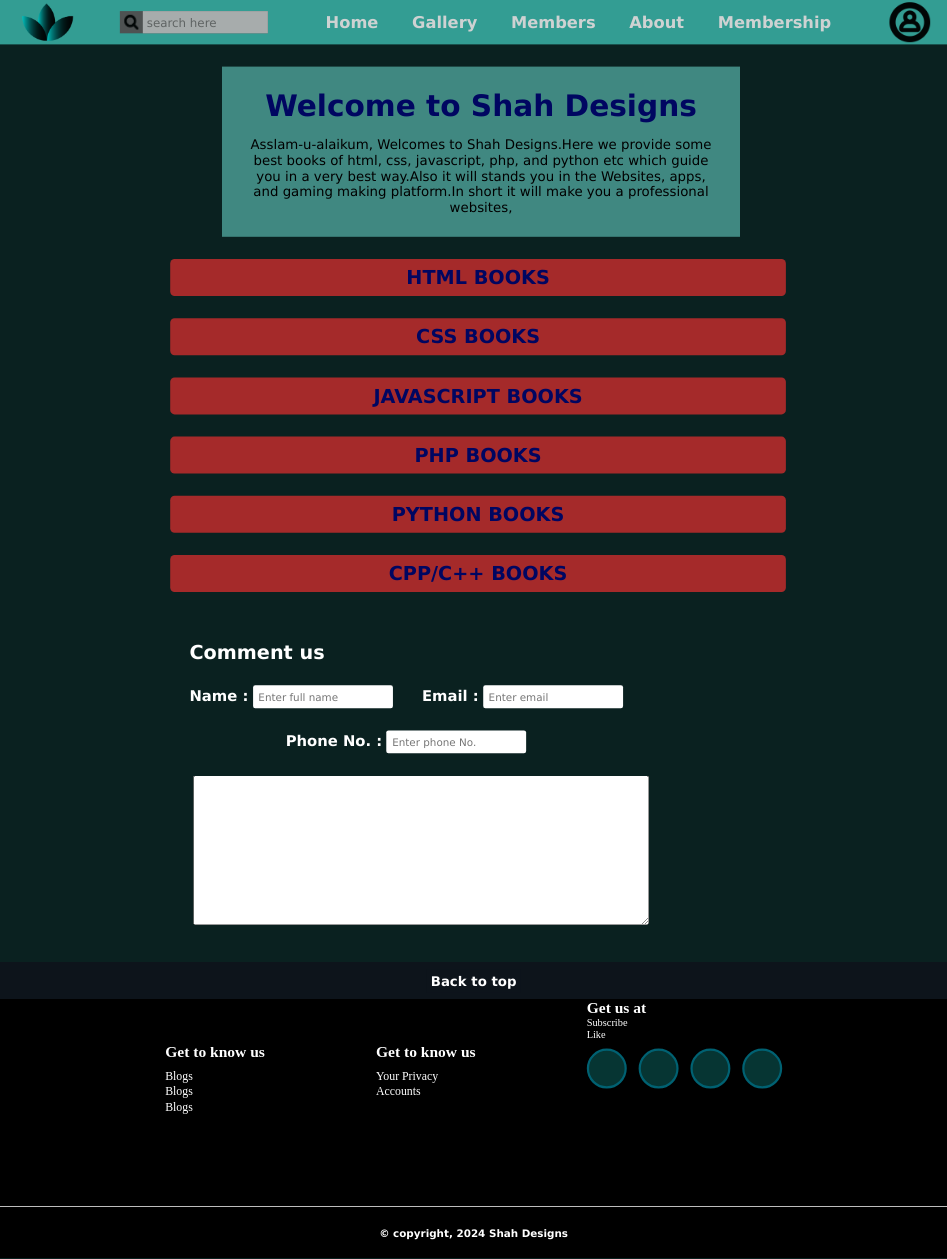
Repository: RawahaMR11/my_assignments
Page: rawaha computer/Shah Designs web/Shah home page.html
An editor plug-in stored every save of this project. The page is shown before and after the next save, followed by the edit.
The browser window is 1280 px wide. The pictures show the whole page, at 74% of full size.

Above is the page before, as saved 2024-12-13 11:16:57.

### rawaha computer/Shah Designs web/Shah home page.html
<!DOCTYPE html>
<html lang="en">
<head>
      <meta charset="UTF-8">
      <meta name="viewport" content="width=device-width, initial-scale=1.0">
      <title>Shah Designs</title>
      <link rel="stylesheet" href="Shah home page.css">
</head>
<body>
<div class="my-display">
      <header>
            <div class="logo">
                  <img src="logo.png" alt="Shah Designs logo">
            </div><!--end logo-->
            <div class="search">
                  <img src="search.png" alt="Search-icon">
                  <input type="text" placeholder="search here">
            </div><!--end search-->
            <div class="home">
                  <a href="Shah home page.html">Home</a>
            </div><!--end home-->
            <div class="gallery">
                  <a href="#">Gallery</a>
            </div><!--end gallery-->
            <div class="members">
                  <a href="#">Members</a>
            </div><!--end members -->
            <div class="about">
                  <a href="#">About</a>
            </div><!--end about-->
            <div class="membership">
                  <a href="#">Membership</a>
            </div>
            <div class="login">
                  <img src="sign in.png" alt="Login">
            </div><!--end login-->
      </header>


      <div class="wrapper">
            <div id="welcome">
                  <h1>Welcome to Shah Designs</h1><br>
                  <p>Asslam-u-alaikum, Welcomes to Shah Designs.Here we provide some best books of html, css, javascript, php, and python etc which guide you in a very best way.Also it will stands you in the Websites, apps, and gaming making platform.In short it will make you a professional websites, </p>
            </div><!--end welcome-->
      </div><!--end wrapper-->


      <div class="html-books">
            <p>HTML BOOKS</p>
      </div>
      <div class="css-books">
            <p>CSS BOOKS</p>
      </div>
      <div class="javascript-books">
            <p>JAVASCRIPT BOOKS</p>
      </div>
      <div class="php-books">
            <p>PHP BOOKS</p>
      </div>
      <div class="python-books">
            <p>PYTHON BOOKS</p>
      </div>
      <div class="Cpp-books">
            <p>CPP/C++ BOOKS</p>
      </div>



      <div class="datail">

      </div>



      <div class="comment">
            <h2>Comment us</h2>
            <label for="name">Name :</label><input type="text" placeholder="Enter full name">
            <label for="name" id="email-label">Email :</label><input type="email" placeholder="Enter email">
            <label for="name" id="phone-label">Phone No. :</label><input type="text" placeholder="Enter phone No.">
            <textarea name="comment" id="comment"></textarea>
      </div>


      <div class="bach-to-top">
            <button>Back to top</button>
      </div>



      <footer>
            <div class="foot-panel1">
                  <div id="panel1">
                        <h2>Get to know us</h2>
                        <p>Blogs</p>
                        <p>Blogs</p>
                        <p>Blogs</p>
                  </div>
                  <div id="panel2">
                        <h2>Get to know us</h2>
                        <p>Your Privacy</p>
                        <p>Accounts</p>
                  </div>
                  <div id="panel3">
                        <h2>Get us at</h2>
                        <p>Subscribe</p>
                        <p>Like</p>
                        <div class="relation">
                              <div id="insta">

                              </div>
                              <div id="facebook">

                              </div>
                              <div id="tiktok">

                              </div>
                              <div id="twitter">
                              </div>
                        </div>
                  </div>
            </div>

            <div class="foot-panel2">
                  &COPY; copyright, 2024 Shah Designs
            </div>
      </footer>
</div>
</body>
</html>

### rawaha computer/Shah Designs web/Shah home page.css
* {
      margin: 0;
      padding: 0;
}
body {
      display: block;
      font-size: 14px;
      background-color: rgb(10, 33, 32);
}
.my-display {
      width: 80%;
      margin: 0 auto;
      height: 100%;
      width: 100%;
}
/* css for opening my page on tablets (screens with width <=768px) */
@media screen and (max-width: 768px) {
      body {
            font-size: 16px;
      }
      .my-display {
            width: 100%;
      }
}
/* css for opening my page on laptops,pcs etc (screens with width <=1080px) */
@media screen and (max-width: 1080px) {
      body {
            font-size: 14px;
      }
      .my-display {
            width: 100%;
      }
}
/* css for opening my page on phones (screens with width <=480px) */
@media screen and (max-width: 480px) {
      body {
            font-size: 10px;
      }
      .my-display {
            width: 100%;
      }
}
header {
      width: 100%;
      height: 60px;
      display: flex;
      align-items: center;
      background-color: rgb(62, 188, 176);
      opacity: 80%;
      gap: 31.5px;
}
.logo {
      height: 83%;
      width: 70px;
      margin: 0 30px 0;
}
.logo img {
      height: 100%;
      width: 100%;
}
.search {
      width: 200px;
      height: 30px;
      background-color: rgb(95, 95, 95);
      display: flex;
      align-items: center;
      justify-content: space-evenly;
}
.search img {
      width: 10%;
      height: 65%;
      padding: 6px;
}
.search input {
      width: 90%;
      padding: 5.34px;
      border: none;
      outline: none;
      background-color: rgb(207, 207, 207);
      font-family: Verdana, Geneva, Tahoma, sans-serif;
      font-size: 16px;
}
.home {
      font-family: Verdana, Geneva, Tahoma, sans-serif;
      font-size: 22px;
      margin-left: 40px;
      padding: 7px;
}
.home:hover {
      background-color: rgb(161, 161, 161);
}
.home a {
      text-decoration: none;
      font-weight: 700;
      color: white;
}
.gallery {
      font-family: Verdana, Geneva, Tahoma, sans-serif;
      font-size: 22px;
      padding: 7px;
}
.gallery:hover {
      background-color: rgb(161, 161, 161);
}
.gallery a {
      text-decoration: none;
      font-weight: 700;
      color: white;
}
.members {
      font-family: Verdana, Geneva, Tahoma, sans-serif;
      font-size: 22px;
      padding: 7px;
}
.members:hover {
      background-color: rgb(161, 161, 161);
}
.members a {
      text-decoration: none;
      font-weight: 700;
      color: white;
}
.about {
      font-family: Verdana, Geneva, Tahoma, sans-serif;
      font-size: 22px;
      padding: 7px;
}
.about:hover {
      background-color: rgb(161, 161, 161);
}
.about a {
      text-decoration: none;
      font-weight: 700;
      color: white;
}
.membership {
      font-family: Verdana, Geneva, Tahoma, sans-serif;
      font-size: 22px;
      padding: 7px;
}
.membership:hover {
      background-color: rgb(161, 161, 161);
}
.membership a {
      text-decoration: none;
      font-weight: 700;
      color: white;
}
.login {
      height: 90%;
      width: 55px;
      float: right;
      margin-left: 40px;
}
.login img {
      height: 100%;
      width: 100%;
      cursor: pointer;
}
.wrapper {
      width: 50%;
      height: auto;
      display: flex;
      align-items: center;
      justify-content: center;
      margin-top: 30px;
      background-color: rgb(64, 136, 129);
      padding: 30px;
      margin-left: 300px;
}
#welcome {
      width: 100%;
      font-family: Verdana, Geneva, Tahoma, sans-serif;
      font-size: 16px;
}
#welcome h1 {
      text-align: center;
      color: rgb(0, 6, 97);
      font-size: 40px;
}
#welcome p {
      text-align: center;
      font-size: 18px;
      font-family: Verdana, Geneva, Tahoma, sans-serif;
}
.html-books {
      height: 50px;
      width: 65%;
      background-color: brown;
      margin: 30px 230px 0;
      border-radius: 6px;
      display: flex;
      align-items: center;
      justify-content: center;
      cursor: pointer;
      color: rgb(0, 6, 97);
}
.html-books p {
      font-family: Verdana, Geneva, Tahoma, sans-serif;
      font-size: 26px;
      font-weight: 700;
}
.css-books {
      height: 50px;
      width: 65%;
      background-color: brown;
      margin: 30px 230px 0;
      border-radius: 6px;
      display: flex;
      align-items: center;
      justify-content: center;
      cursor: pointer;
      color: rgb(0, 6, 97);
}
.css-books p {
      font-family: Verdana, Geneva, Tahoma, sans-serif;
      font-size: 26px;
      font-weight: 700;
}
.javascript-books {
      height: 50px;
      width: 65%;
      background-color: brown;
      margin: 30px 230px 0;
      border-radius: 6px;
      display: flex;
      align-items: center;
      justify-content: center;
      cursor: pointer;
      color: rgb(0, 6, 97);
}
.javascript-books p {
      font-family: Verdana, Geneva, Tahoma, sans-serif;
      font-size: 26px;
      font-weight: 700;
}
.php-books {
      height: 50px;
      width: 65%;
      background-color: brown;
      margin: 30px 230px 0;
      border-radius: 6px;
      display: flex;
      align-items: center;
      justify-content: center;
      cursor: pointer;
      color: rgb(0, 6, 97);
}
.php-books p {
      font-family: Verdana, Geneva, Tahoma, sans-serif;
      font-size: 26px;
      font-weight: 700;
}
.python-books {
      height: 50px;
      width: 65%;
      background-color: brown;
      margin: 30px 230px 0;
      border-radius: 6px;
      display: flex;
      align-items: center;
      justify-content: center;
      cursor: pointer;
      color: rgb(0, 6, 97);

}
.python-books p {
      font-family: Verdana, Geneva, Tahoma, sans-serif;
      font-size: 26px;
      font-weight: 700;
}
.Cpp-books {
      height: 50px;
      width: 65%;
      background-color: brown;
      margin: 30px 230px 0;
      border-radius: 6px;
      display: flex;
      align-items: center;
      justify-content: center;
      cursor: pointer;
      color: rgb(0, 6, 97);
}
.Cpp-books p {
      font-family: Verdana, Geneva, Tahoma, sans-serif;
      font-size: 26px;
      font-weight: 700;
}
.comment {
      width: 50%;
      margin: 50px 240px 0;
      padding: 16px;
}
.comment h2 {
      font-family: Verdana, Geneva, Tahoma, sans-serif;
      font-size: 26px;
      font-weight: 700;
      color: white;
}
.comment label {
      margin-top: 30px;
      font-family: Verdana, Geneva, Tahoma, sans-serif;
      font-size: 20px;
      font-weight: 700;
      color: white;
}
.comment input {
      margin: 30px 6px 0;
      font-family: Verdana, Geneva, Tahoma, sans-serif;
      font-size: 14px;
      padding: 7.5px;
      border: none;
      outline: none;
      border-radius: 3px;
}
#email-label {
      margin-left: 30px;
}
#phone-label {
      margin-left: 130px;
}
.comment textarea {
      width: 96%;
      height: 200px;
      margin: 30px 5px 0;
}
.bach-to-top {
      width: 100%;
      height: 50px;
      display: inline-flex;
      align-items: center;
      justify-content: center;
      margin-top: 30px;
      background-color: rgb(13, 20, 27);
}
.bach-to-top button {
      padding: 5px;
      font-family: Verdana, Geneva, Tahoma, sans-serif;
      font-size: 18px;
      font-weight: 700;
      background-color: rgb(13, 20, 27);
      border: none;
      color: white;
}
footer {
      height: 350px;
      background-color: rgb(0, 0, 0);
}
.foot-panel1 {
      height: 80%;
      display: flex;
      align-items: center;
      justify-content: center;
      gap: 150px;
      color: white;
}
#panel1 {
      height: 100%;

}
#panel1 {
      height: 100%;
}
#panel1 h2 {
      margin: 60px 0 10px;
      text-align: center;

}
#panel1 p {
      margin-bottom: 3px;
      text-align: start;
      font-size: 16px;
}
#panel2 {
      height: 100%;

}
#panel2 h2 {
      margin: 60px 0 10px;
      text-align: center;
}
#panel2 p {
      margin-bottom: 3px;
      text-align: start;
      font-size: 16px;
}
#panel3 {
      height: 100%;
}
.foot-panel2 {
      height: 20%;
      border-top: 1px solid white;
      color: white;
      display: flex;
      align-items: center;
      justify-content: center;
      font-family: Verdana, Geneva, Tahoma, sans-serif;
      font-size: 14px;
      font-weight: 700;
}

.relation {
      display: flex;
      align-items: center;
      gap: 1rem;
  }
  #insta {
      height: 3rem;
      width: 3rem;
      background-color: rgb(6, 53, 51);
      border-radius: 3rem;
      margin-top: 10px;
      border: 0.5vh solid rgb(0, 97, 114);
      transition: 0.3s ease;
  }
  #insta:hover {
      transform: scale(1.1); /* Zoom in effect on hover */
      box-shadow: 0rem 0rem 1rem rgba(17, 251, 255, 0.4), 0rem 0rem 1rem rgba(17, 251, 255, 0.4);
      box-shadow: 0px 0px 1.2rem rgba(17, 251, 255, 0.4);
  }
  #facebook {
      height: 3rem;
      width: 3rem;
      background-color: rgb(6, 53, 51);
      margin-top: 10px;
      border-radius: 3rem;
      border: 0.5vh solid rgb(0, 97, 114);
      transition: 0.3s ease;
  }
  #facebook:hover {
      transform: scale(1.1); /* Zoom in effect on hover */
      box-shadow: 0rem 0rem 1rem rgba(17, 251, 255, 0.4), 0rem 0rem 1rem rgba(17, 251, 255, 0.4);
      box-shadow: 0px 0px 1.2rem rgba(17, 251, 255, 0.4);
  }
  #tiktok {
      height: 3rem;
      width: 3rem;
      background-color: rgb(6, 53, 51);
      margin-top: 10px;
      border-radius: 3rem;
      border: 0.5vh solid rgb(0, 97, 114);
      transition: 0.3s ease;
  }
  #tiktok:hover {
      transform: scale(1.1); /* Zoom in effect on hover */
      box-shadow: 0rem 0rem 1rem rgba(17, 251, 255, 0.4), 0rem 0rem 1rem rgba(17, 251, 255, 0.4);
      box-shadow: 0px 0px 1.2rem rgba(17, 251, 255, 0.4);
  }
  #twitter {
      height: 3rem;
      width: 3rem;
      background-color: rgb(6, 53, 51);
      margin-top: 10px;
      border-radius: 3rem;
      border: 0.5vh solid rgb(0, 97, 114);
      transition: 0.3s ease;
  }
  #twitter:hover {
      transform: scale(1.1); /* Zoom in effect on hover */
      box-shadow: 0rem 0rem 1rem rgba(17, 251, 255, 0.4), 0rem 0rem 1rem rgba(17, 251, 255, 0.4);
      box-shadow: 0px 0px 1.2rem rgba(17, 251, 255, 0.4);
  }

After the next save:
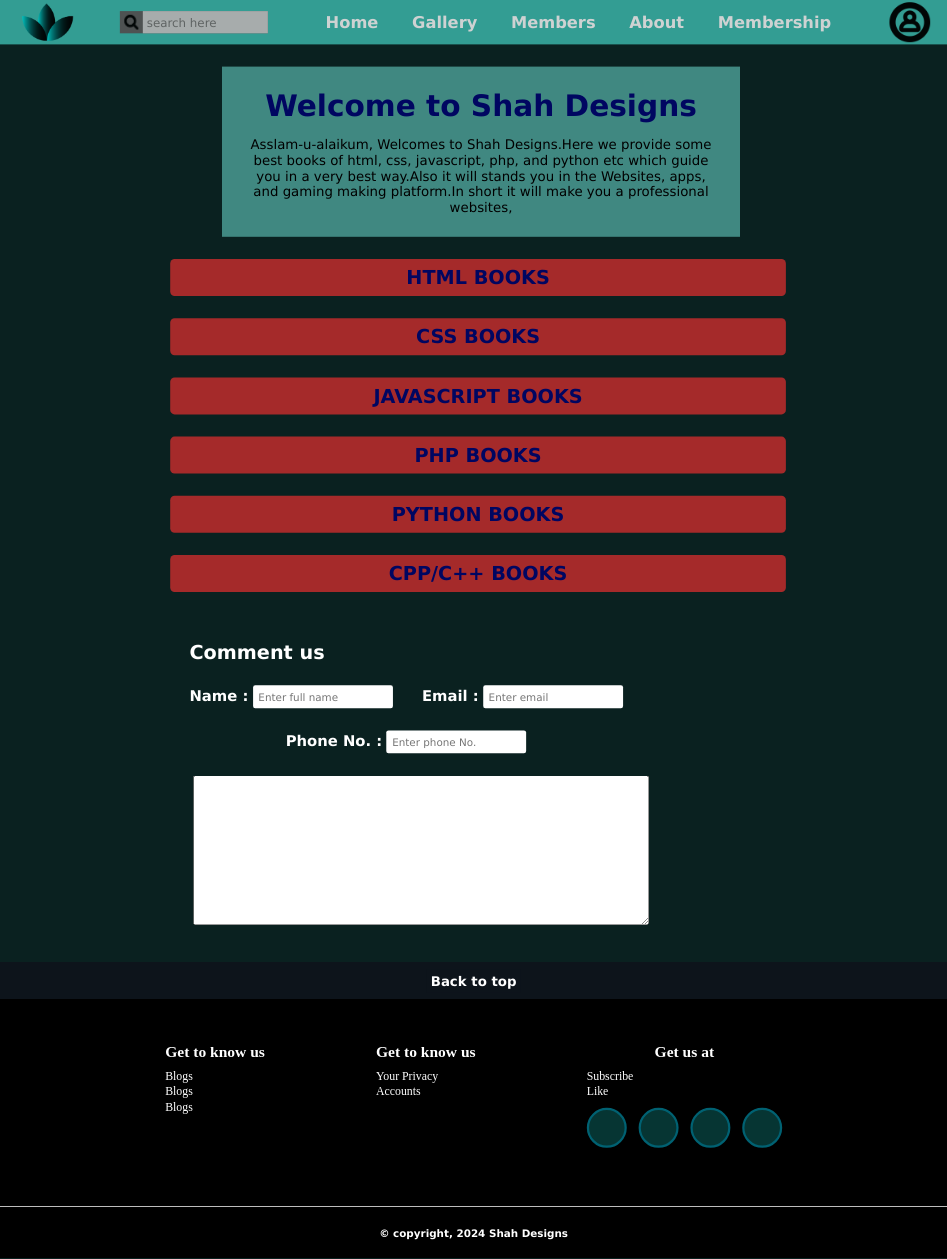
Saved 20 s later.
--- a/rawaha computer/Shah Designs web/Shah home page.css
+++ b/rawaha computer/Shah Designs web/Shah home page.css
@@ -386,6 +386,15 @@ footer {
 }
 #panel3 {
       height: 100%;
+}
+#panel3 h2 {
+      margin: 60px 0 10px;
+      text-align: center;
+}
+#panel3 p {
+      margin-bottom: 3px;
+      text-align: start;
+      font-size: 16px;
 }
 .foot-panel2 {
       height: 20%;
